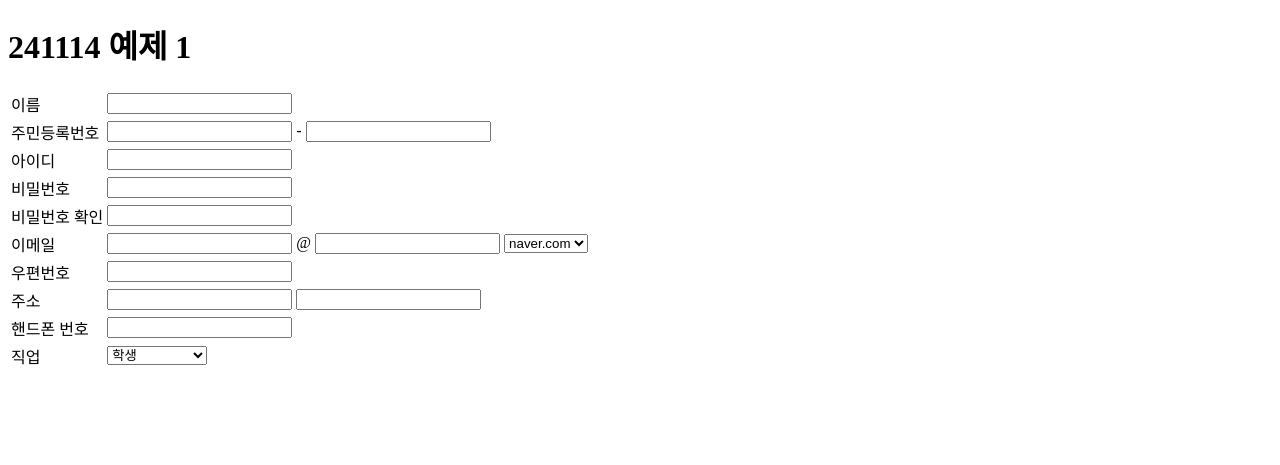
Repository: jsunnypi/JSP
Page: http://localhost/Test/inputForm.jsp
These files come from the project's save history. The page is drawn as it stood at one moment and after the next save; the edit follows.
The browser window is 1280 px wide. The pictures show the whole page.
The page is served by Tomcat 9.

Above is the page before, as saved 2024-11-14 03:46:27.

After the next save:
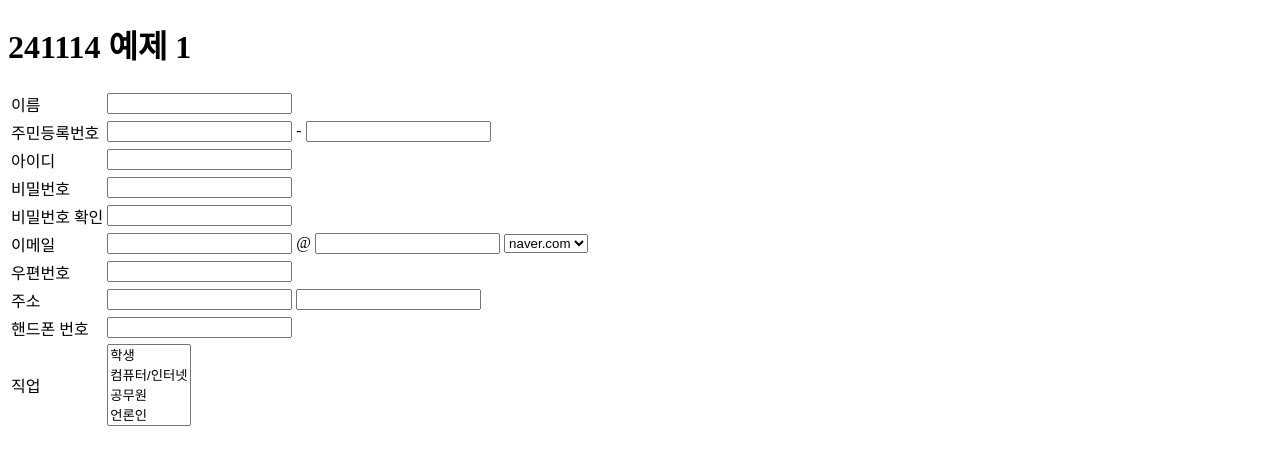
Saved 9 s later.
--- a/Test/src/main/webapp/inputForm.jsp
+++ b/Test/src/main/webapp/inputForm.jsp
@@ -93,7 +93,7 @@
 			<tr>
 				<td> 직업 </td>
 				<td>
-					<select>
+					<select size="4">
 						<option value="학생">학생</option>
 						<option value="컴퓨터/인터넷">컴퓨터/인터넷</option>
 						<option value="공무원">공무원</option>
